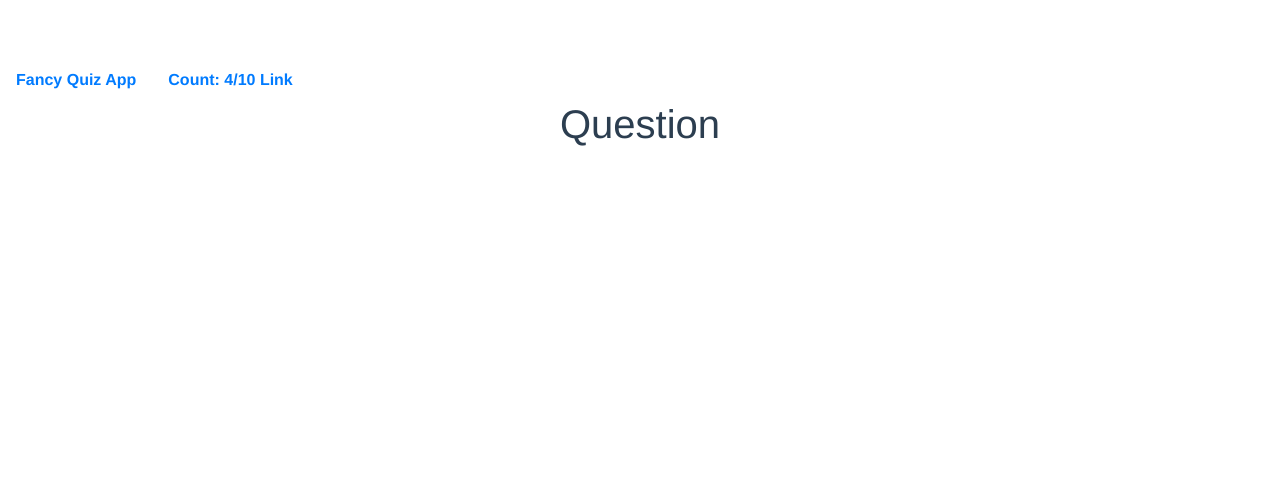
Repository: tokliver/AppVue
Page: /
The author's editor kept a copy of each file at every save. The page is drawn from the files as they stood at one save, then again after the next save.
The browser window is 1280 px wide. The pictures show the whole page.
The project was rebuilt for these pictures with package versions that can differ from the ones it lists, and the page was loaded fresh each time.

Above is the page before, as saved 2019-04-13 09:18:38.

After the next save:
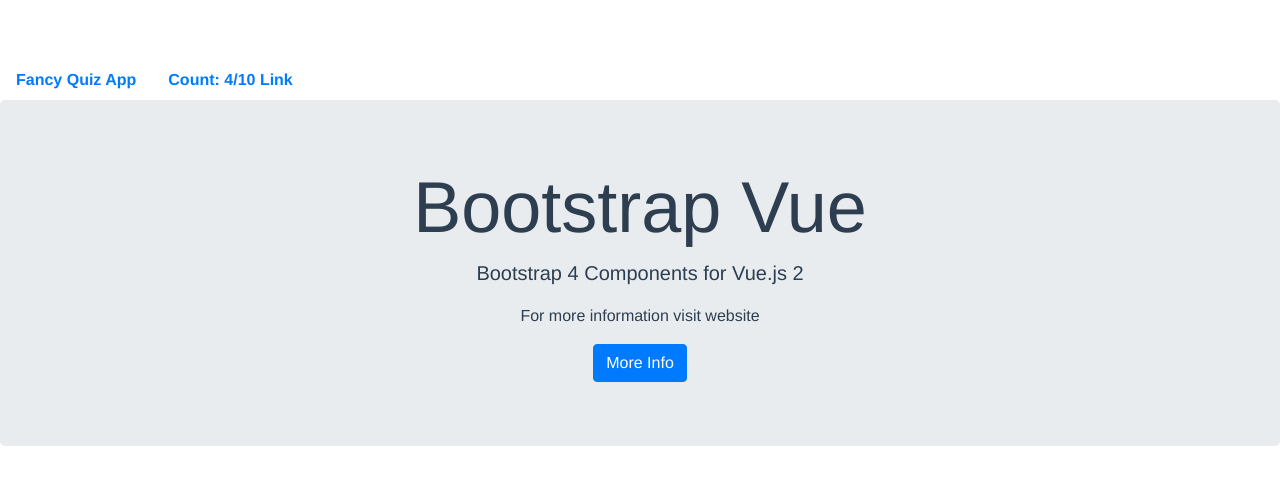
Saved 2 min 5 s later.
--- a/src/components/QuestionBox.vue
+++ b/src/components/QuestionBox.vue
@@ -1,3 +1,8 @@
 <template>
-    <h1>Question</h1>
+    <div>
+  <b-jumbotron header="Bootstrap Vue" lead="Bootstrap 4 Components for Vue.js 2">
+    <p>For more information visit website</p>
+    <b-button variant="primary" href="#">More Info</b-button>
+  </b-jumbotron>
+</div>
 </template>
